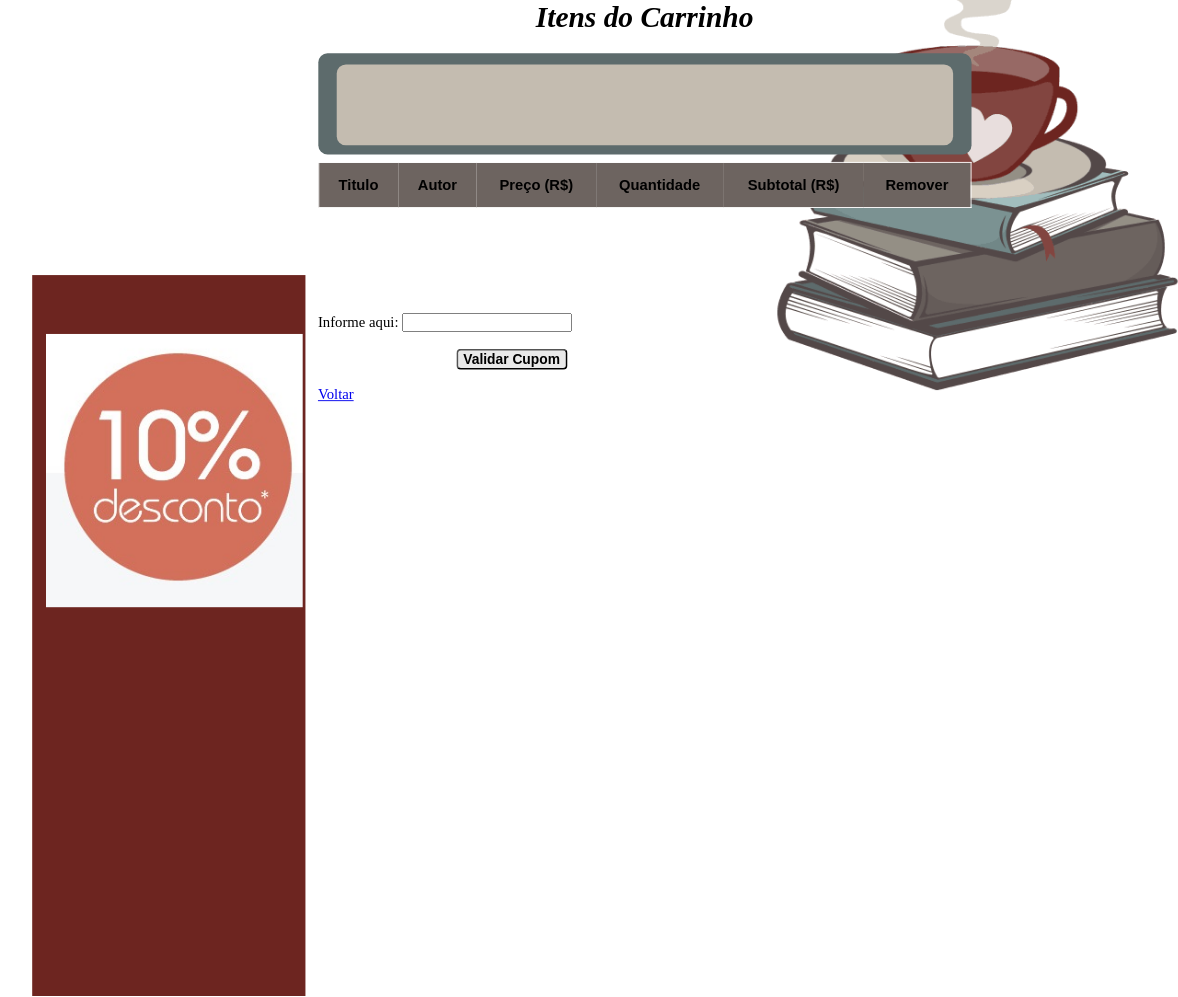
Repository: gabriellacrystina/ProjetoTegra
Page: http://localhost/book-store/meuCarrinho.jsp
An editor plug-in stored every save of this project. The page is shown before and after the next save, followed by the edit.
The browser window is 1280 px wide. The pictures show the whole page, at 92% of full size.
The page is served by Tomcat 9. Nobody is signed in. The application's start-up code is not run. The template is opened directly, without the code that normally fills it, so the values that code supplies are empty.

Above is the page before, as saved 2016-07-07 19:50:05.

After the next save:
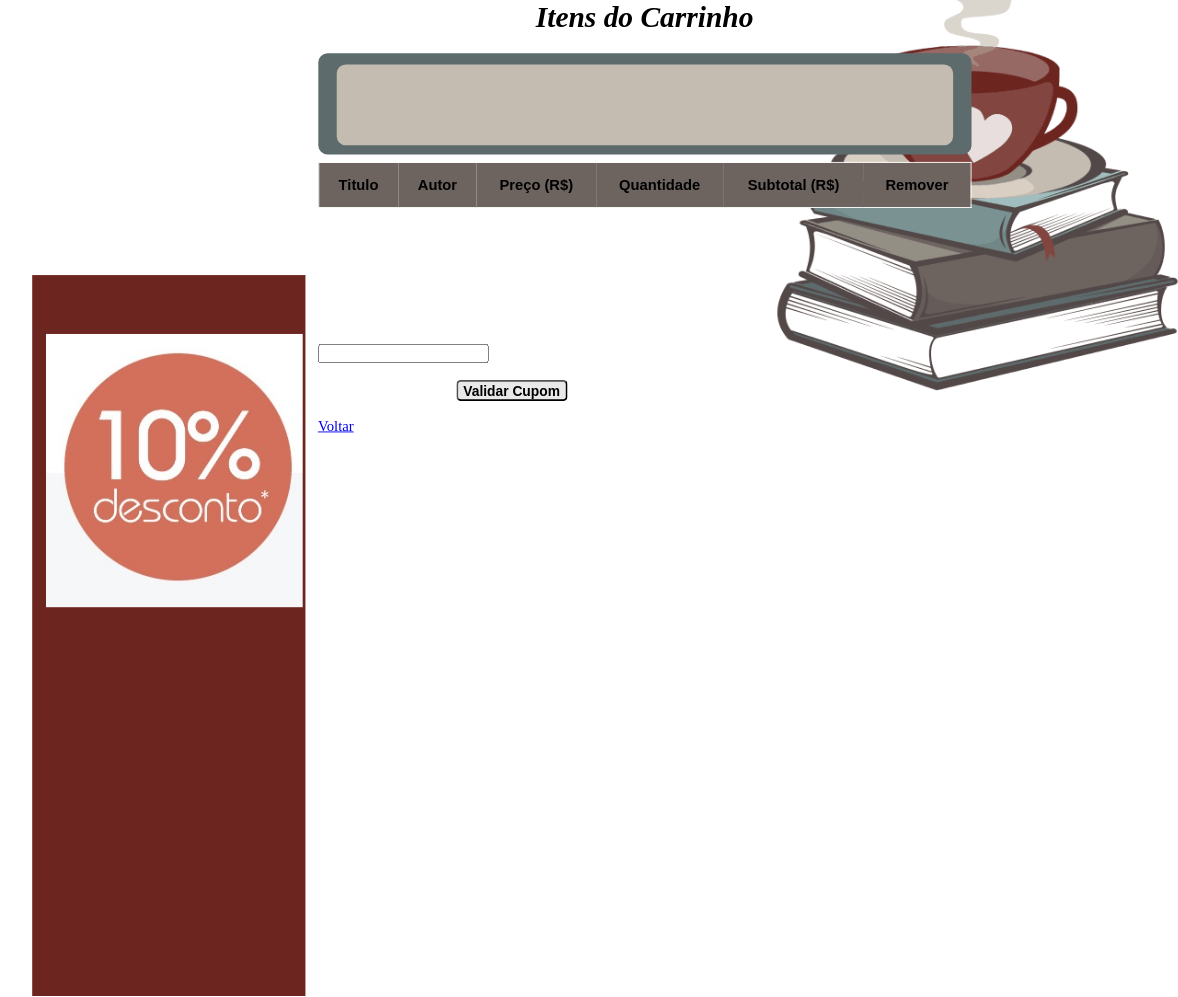
Saved 71 s later.
--- a/book-store/WebContent/meuCarrinho.jsp
+++ b/book-store/WebContent/meuCarrinho.jsp
@@ -49,7 +49,7 @@
 					<img alt="15px" src="desconto.jpg" />
 				</div>
 				<h3>Possui cumpom de desconto?</h3>
-				Informe aqui: <input type="text" maxlength="15">
+				<p>Informe aqui: </p><input type="text" maxlength="15">
 				<br><br>
 				<button class="btn" type="submit">Validar Cupom</button>
 			</div>
